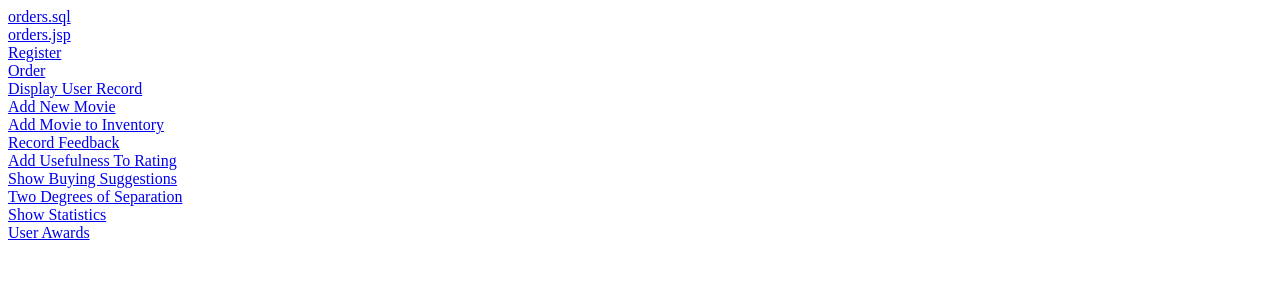
Repository: HyveMynd/cs5530
Page: http://localhost/public_html/options.jsp
These files come from the project's save history. The page is drawn as it stood at one moment and after the next save; the edit follows.
The browser window is 1280 px wide. The pictures show the whole page.
The page is served by Tomcat 9. Other server files are loaded and not shown.

Above is the page before, as saved 2013-04-14 23:19:28.

### VideoWebStore/public_html/options.jsp
<!DOCTYPE HTML PUBLIC "-//W3C//DTD HTML 4.01 Transitional//EN">
<html>
<head>
<title>JSP Example</title>
<meta http-equiv="Content-Type" content="text/html; charset=iso-8859-1">
</head>

<body>
<a href="orders.sql">orders.sql</a><br>
<a href="orders.jsp">orders.jsp</a><br>
<a href="register.jsp">Register</a><br>
<a href="ordering.jsp">Order</a><br>
<a href="userrecord.jsp">Display User Record</a><br>
<a href="newmovie.jsp">Add New Movie</a><br>
<a href="addtoinventory.jsp">Add Movie to Inventory</a><br>
<a href="recordfeedback.jsp">Record Feedback</a><br>
<a href="usefulnessrating.jsp">Add Usefulness To Rating</a><br>
<a href="buyingsuggestions.jsp">Show Buying Suggestions</a><br>
<a href="degrees.jsp">Two Degrees of Separation</a><br>
<a href="statistics.jsp">Show Statistics</a><br>
<a href="userawards.jsp">User Awards</a><br>

</body>
</html>

After the next save:
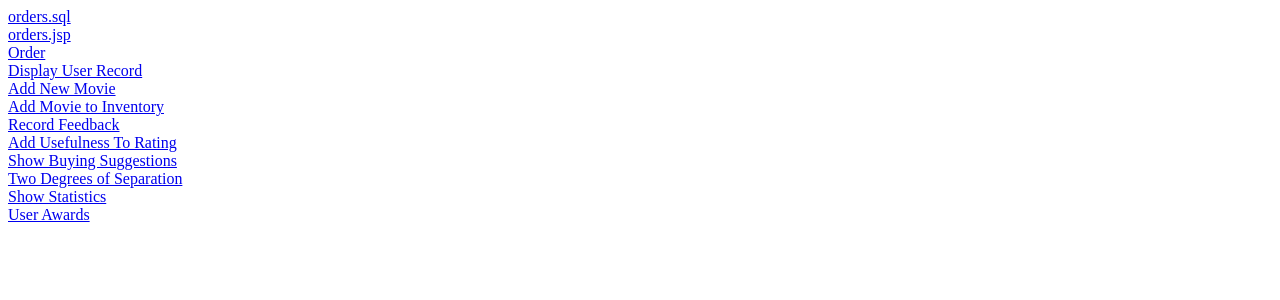
Saved 2 s later.
--- a/VideoWebStore/public_html/options.jsp
+++ b/VideoWebStore/public_html/options.jsp
@@ -8,7 +8,6 @@
 <body>
 <a href="orders.sql">orders.sql</a><br>
 <a href="orders.jsp">orders.jsp</a><br>
-<a href="register.jsp">Register</a><br>
 <a href="ordering.jsp">Order</a><br>
 <a href="userrecord.jsp">Display User Record</a><br>
 <a href="newmovie.jsp">Add New Movie</a><br>
